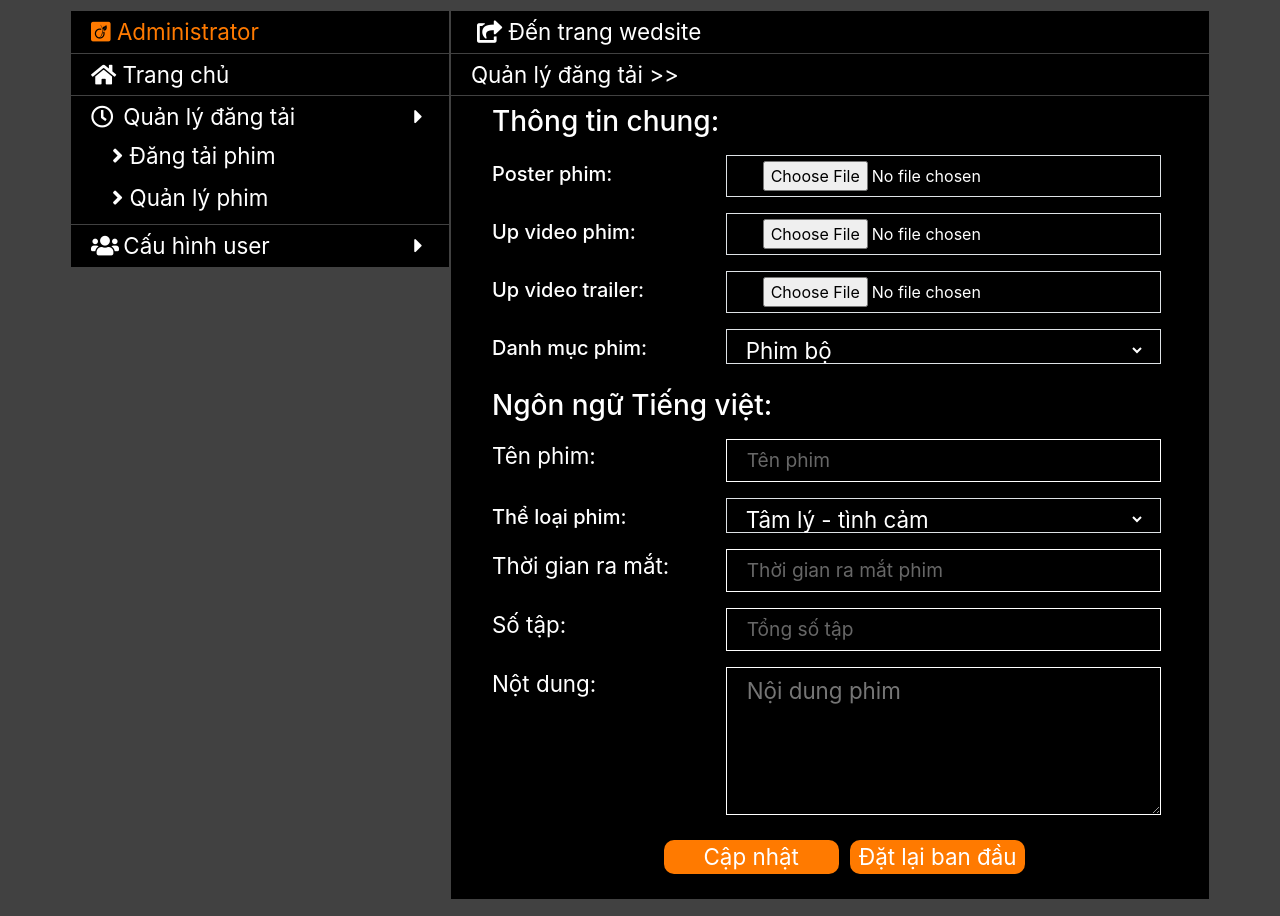
Repository: SonNguyen892002/Lau-Dai-Code
Page: http://localhost/wed-jdbc-1-2023/views/admin/dangtaiphim.jsp
An editor plug-in stored every save of this project. The page is shown before and after the next save, followed by the edit.
The browser window is 1280 px wide. The pictures show the whole page.
The page is served by Tomcat 9. Nobody is signed in. The application's start-up code is not run. Other server files are loaded and not shown.

Above is the page before, as saved 2022-01-15 11:11:49.
Console error: TypeError: Cannot read properties of null (reading 'classList')

### workspace/wed-jdbc-1-2023/src/main/webapp/views/admin/dangtaiphim.jsp
<%@ page language="java" contentType="text/html; charset=UTF-8"
	pageEncoding="UTF-8"%>

<%@ include file="header.jsp" %>

<form action="">

	<div class="black p2">
		<h3>Thông tin chung:</h3>

		<div class="row mt">
			<div class="col-xl-4">
				<h5>Poster phim:</h5>
			</div>

			<div class="col-xl-7 border">
				<input class="p2" type="file" name="" id="">
			</div>
		</div>

		<div class="row mt">
			<div class="col-xl-4">
				<h5>Up video phim:</h5>
			</div>

			<div class="col-xl-7 border">
				<input class="p2" type="file" name="" id="">
			</div>
		</div>

		<div class="row mt">
			<div class="col-xl-4">
				<h5>Up video trailer:</h5>
			</div>

			<div class="col-xl-7 border">
				<input class="p2" type="file" name="" id="">
			</div>
		</div>

		<div class="row mt mb">
			<div class="col-xl-4">
				<h5>Danh mục phim:</h5>
			</div>

			<div class="col-xl-7 border">
				<select name="danhmuc" id="">
					<option value="1">Phim bộ</option>
					<option value="2">Phim lẻ</option>
					<option value="3">Phim hoạt hình</option>
					<option value="4">Phim sắp chiếu</option>
				</select>
			</div>
		</div>
	</div>

	<div class="black p2">
		<h3>Ngôn ngữ Tiếng việt:</h3>

		<div class="row mt">
			<div class="col-xl-4">
				<label for="userfim">Tên phim:</label>
			</div>

			<div class="col-xl-7 p0">
				<input type="text" name="" id="userfim" placeholder="Tên phim">
			</div>
		</div>

		<div class="row mt">
			<div class="col-xl-4">
				<h5>Thể loại phim:</h5>
			</div>

			<div class="col-xl-7 border">
				<select name="danhmuc" id="">
					<option value="1">Tâm lý - tình cảm</option>
					<option value="2">Võ thuật</option>
					<option value="3">Phim Thiếu nhi</option>
					<option value="4">Khoa học - viễn tưởng</option>
					<option value="5">Cổ trang</option>
					<option value="6">Kinh dị</option>
					<option value="7">Hài hước</option>
				</select>
			</div>
		</div>

		<div class="row mt">
			<div class="col-xl-4">
				<label for="loock">Thời gian ra mắt:</label>
			</div>

			<div class="col-xl-7 p0">
				<input type="text" name="" id="loock"
					placeholder="Thời gian ra mắt phim">
			</div>
		</div>

		<div class="row mt">
			<div class="col-xl-4">
				<label for="episode">Số tập:</label>
			</div>

			<div class="col-xl-7 p0">
				<input type="text" name="" id="episode" placeholder="Tổng số tập">
			</div>
		</div>

		<div class="row mt mb">
			<div class="col-xl-4">
				<label for="textar">Nột dung:</label>
			</div>

			<div class="col-xl-7 p0">
				<textarea name="" id="textar" rows="4" placeholder="Nội dung phim"></textarea>
			</div>
		</div>

		<div class="row center mt mb">
			<div class="col-xl-3 col-lg-3 col-sm-3 col-3 p0">
				<input type="button" value="Cập nhật">
			</div>

			<div class="col-xl-3 col-lg-3 col-sm-3 col-3 p0">
				<input type="reset" value="Đặt lại ban đầu">
			</div>
		</div>
	</div>

</form>

<script>
	const btnA = document.querySelector('.t');
	document.querySelector('#menu').classList.remove('off');
	document.querySelector('#menu .k').classList.add('active');

	btnA.innerHTML = "Quản lý đăng tải >> đăng tải phim";
</script>

<%@ include file="footer.jsp" %>

### workspace/wed-jdbc-1-2023/src/main/webapp/views/admin/header.jsp
<%@ page language="java" contentType="text/html; charset=UTF-8"
    pageEncoding="UTF-8"%>
<!DOCTYPE html>
<html>
<head>
    <meta charset="UTF-8">
    <title>admin</title>
    <link rel="stylesheet" href="./styleadmin.css">
    <link rel="stylesheet" href="../fontawesome-free-5.15.3-web/css/all.min.css">
    <link rel="stylesheet" href="https://cdn.jsdelivr.net/npm/bootstrap@4.6.1/dist/css/bootstrap.min.css">
</head>
<body>

    <div class="container mb">
        <div class="row">

            <div class="col-xl-4 p0">

                <div class="black p2 sz">
                    <i class="fab fa-viadeo-square"></i>
                    Administrator
                </div>

                <div class="black p2">
                    <i class="fas fa-home"></i>
                    Trang chủ
                </div>

                <!-- QUẢN LÝ ĐĂNG TẢI -->
                <div class="black p2">
                    <div id="btn" onclick="Button()" class="row">
                        <div class="col-xl-1">
                            <i class="far fa-clock"></i>
                        </div>

                        <div class="col-xl-9">
                            <span>
                                Quản lý đăng tải
                            </span>
                        </div>

                        <div class="col-xl-2">
                            <span class="a">
                                <i class="fas fa-caret-right"></i>
                            </span>
                        </div>
                    </div>

                    <div id="menu" class="off">
                        <a href="./dangtaiphim.jsp" class="black p2">
                            <i class="fas fa-angle-right"></i>
                            <span>Đăng tải phim</span>
                        </a>

                        <a href="./qlphim.jsp" class="black p2 l">
                            <i class="fas fa-angle-right"></i>
                            <span>Quản lý phim</span>
                        </a>
                    </div>
                </div>

                <!-- CẤU HÌNH USER -->
                <div class="black p2">
                    <div id="btn" onclick="Button1()" class="row">
                        <div class="col-xl-1 col-lg-1 col-sm-1 col-1">
                            <i class="fas fa-users"></i>
                        </div>

                        <div class="col-xl-9 col-lg-9 col-sm-9 col-9">
                            <span>
                                Cấu hình user
                            </span>
                        </div>

                        <div class="col-xl-2 col-lg-2 col-sm-2 col-2">
                            <span class="a1">
                                <i class="fas fa-caret-right"></i>
                            </span>
                        </div>
                    </div>

                    <div id="menu1" class="off">
                        <a href="./tkadmin.jsp" class="black p2">
                            <i class="fas fa-angle-right"></i>
                            <span>Tài khoản admin</span>
                        </a>

                        <a href="./phanquyen.jsp" class="black p2 k">
                            <i class="fas fa-angle-right"></i>
                            <span>Phân quyền</span>
                        </a>

                        <a href="./qluser.jsp" class="black p2 j">
                            <i class="fas fa-angle-right"></i>
                            <span>Quản lý user</span>
                        </a>
                    </div>
                </div>

            </div>

            <div class="col-xl-8 p0">

                <div class="black p2">
                    <a href="#">
                        <i class="fas fa-share-square"></i>
                        Đến trang wedsite
                    </a>
                </div>

                <div class="black p2">
                    <span class="t">Quản lý đăng tải >></span>
                </div>

                <div class="black p2">

### workspace/wed-jdbc-1-2023/src/main/webapp/views/admin/footer.jsp
</div>
            </div>
        </div>

    </div>

    <script>
        const navMenu = document.querySelector('#menu');
        const navMenu1 = document.querySelector('#menu1');
        const navDown = document.querySelector('.a');
        const navDown1 = document.querySelector('.a1');

        function Button() {
            navMenu.classList.toggle('off');
            navDown.classList.toggle('down');
        }

        function Button1() {
            navMenu1.classList.toggle('off');
            navDown1.classList.toggle('down');
        }
    </script>

</body>
</html>

### workspace/wed-jdbc-1-2023/src/main/webapp/decorators/admin/styleadmin.css
:root{
    --color-orange: #FF7A00;
    --color-white: rgb(255, 255, 255);
    --background-black: #000;
}

*{
    padding: 0;
    margin: 0;
    box-sizing: border-box;
}

body{
    background-color: #414141 !important;
    font-size: 62.5%;
    font-family: 'Lato', sans-serif;
}

a{
    color: var(--color-white) !important;
    display: block;
    margin: 0 6px;
    transition: 0.2s;
}

.white{
    background-color: var(--color-white);
    color:rgb(73, 22, 22);
    padding: 6px 16px;
}

.backgr{
    background-color: var(--color-white);
    color:#000 !important;
    border-radius: 8px;
}

.backgr:hover{
    background-color: var(--color-orange);
    color:#fff !important;
}

.p3{
    padding: 2px 6px !important;
}

.p4{
    padding: 0 0 0 6px !important;
}

#btn:hover,
a:hover{
    text-decoration: none !important;
    color: var(--color-orange) !important;
    cursor: pointer;
}

.container{
    margin-top: 10px;
}

.black{
    background-color: var(--background-black);
    color: var(--color-white);
    font-size: 1.4rem;
}

.p0{
    padding: 0 !important;
}

.p2{
    padding: 4px 0 4px 20px;
    margin: 1px !important;
}

.mt{
    margin-top: 16px;
}

.m0{
    margin: 0 !important;
}

.mb{
    margin-bottom: 16px;
}

.mr{
    margin-right: 16px;
}

.sz{
    color: var(--color-orange);
}

.off{
    display: none;
}

.down{
    transform:rotate(90deg);
    display: inline-block;
}

.active{
    color: var(--color-orange) !important;
}

.border{
    border: 1px solid #fff;
}

.border input{
    font-size:1rem;
}

h5{
    transform: translateY(30%);
}

select{
    width: 100%;
    background-color: transparent;
    transform: translateY(14%);
    color: #fff;
    outline: none;
    border: none;
}

select option{
    color: #000;
}

input[type="text"],
input[type="password"],
textarea {
    width: 100%;
    background-color: transparent;
    border: 1px solid #fff;
    color: #fff;
    outline: none;
    padding: 6px 0 6px 20px;
    font-size:1.2rem;
}

input[type="text"]::placeholder{
    color: rgba(255, 255, 255, 0.404);
}

input[type="button"],
input[type="reset"]{
    width: 94%;
    color: var(--color-white);
    background-color: var(--color-orange);
    border-radius:10px;
    outline: none;
    border: none;
}

input[type="checkbox"]{
    transform: translateY(18%);
    width: 26px;
    height: 26px;
}

.ct,
td,th{
    text-align: center !important;
}

.center{
    justify-content: center;
}

table{
    width: 98%;
}

th{
    border: 1px solid rgba(255, 72, 0, 0.5);
    font-size: 1.4rem;
    font-weight: 500;
}

td{
    background: var(--color-white);
    border: 1px solid rgba(255, 72, 0, 0.5);
    color: #000;
    font-weight: 900;
}

#btnPassword{
    position: relative;
}

#btnPassword i{
    transform: translateY(20%);
}

#btnPassword::before{
    content: "";
    position: absolute;
    top: 46%;
    left: -8%;
    width: 80%;
    height: 2px;
    background: var(--color-white);
    display: block;
    transform:rotate(45deg);
}

.b::before{
    display: none !important;
}

Loaded but not shown: workspace/wed-jdbc-1-2023/src/main/webapp/template/icon/fontawesome-free-5.15.3-web/css/all.min.css (library)

After the next save:
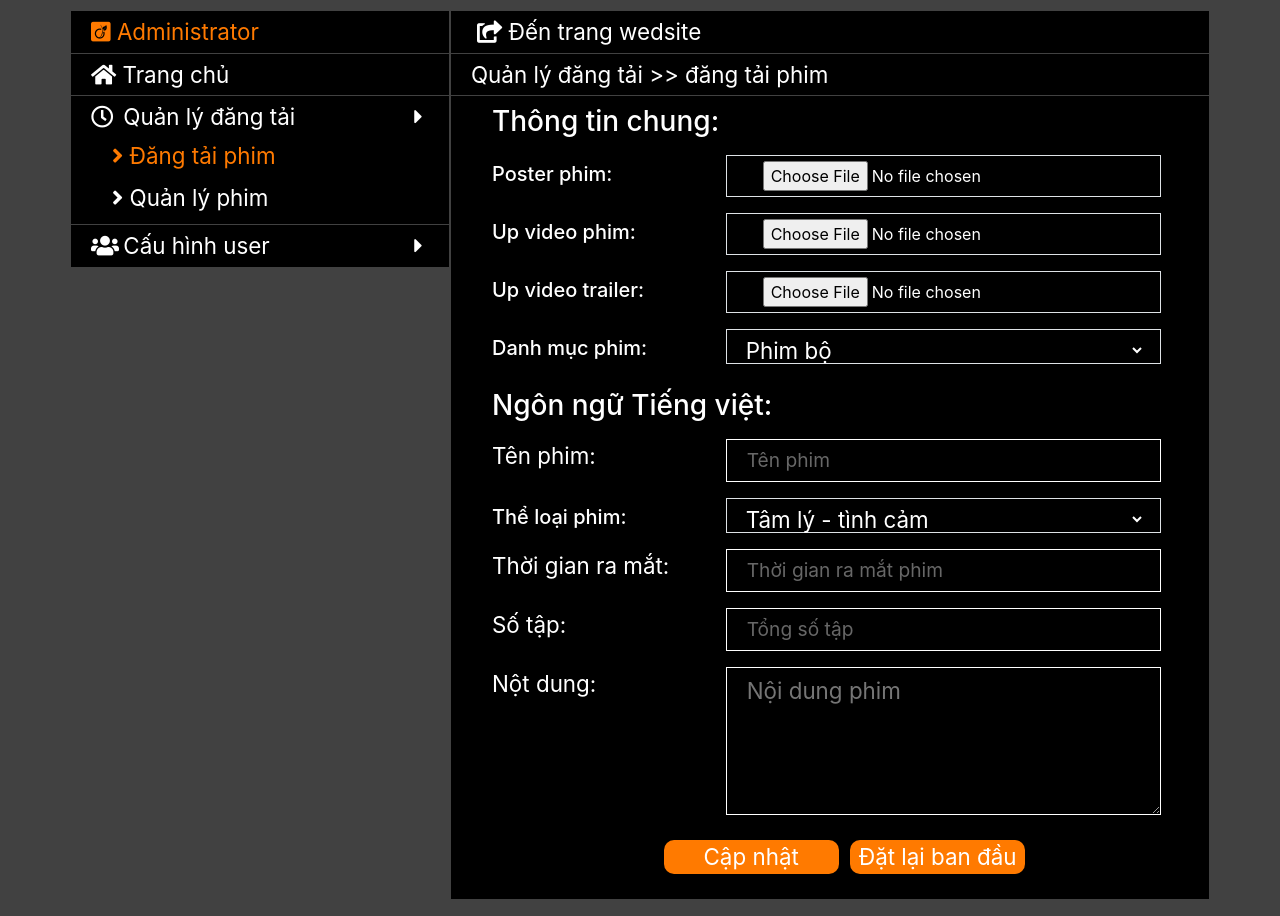
The error is gone.
Saved 4 min 29 s later.
--- a/workspace/wed-jdbc-1-2023/src/main/webapp/views/admin/dangtaiphim.jsp
+++ b/workspace/wed-jdbc-1-2023/src/main/webapp/views/admin/dangtaiphim.jsp
@@ -132,7 +132,7 @@
 <script>
 	const btnA = document.querySelector('.t');
 	document.querySelector('#menu').classList.remove('off');
-	document.querySelector('#menu .k').classList.add('active');
+	document.querySelector('#menu a').classList.add('active');
 
 	btnA.innerHTML = "Quản lý đăng tải >> đăng tải phim";
 </script>
